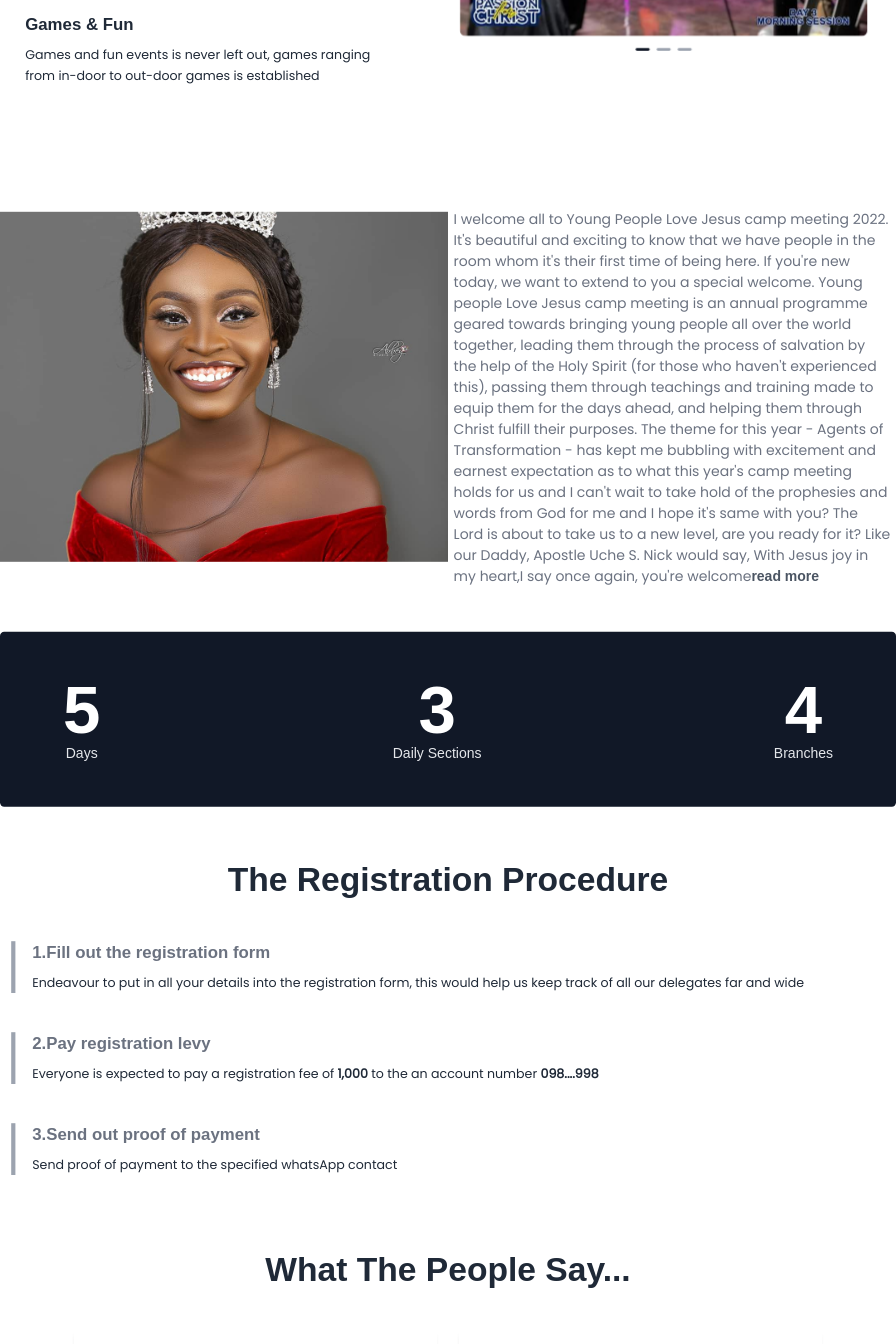
Repository: Ifenna-Pascal/user-camp-onboarding
Page: /
These files come from the project's save history. The page is drawn as it stood at one moment and after the next save; the edit follows.
The browser window is 1280 px wide. The pictures show the part of the page from y = 1892 to 3812 px (the page is 4332 px tall before and 4228 px after), at 70% of full size.
Some web fonts or font styles are not loaded; a fallback is used. The project was rebuilt for these pictures with package versions that can differ from the ones it lists, and the page was loaded fresh each time. The framework's server and built-in components were replaced by stand-ins that run in the browser. Also part of the build but not shown: next.config.js, styles/Home.module.css.

Above is the page before, as saved 2022-11-26 11:19:57.

### pages/_app.js
import Mainlayout from "../components/layout";
import "../styles/globals.css";
import "remixicon/fonts/remixicon.css";

function MyApp({ Component, pageProps }) {
  return (
    <Mainlayout>
      <Component {...pageProps} />
    </Mainlayout>
  );
}

export default MyApp;

### components/layout/index.jsx
import React from "react";
import Footer from "./Footer";
import Nav from "./Nav";

function Mainlayout({ children }) {
  return (
    <div className="relative">
      <Nav />
      <main>{children}</main>
      <Footer />
    </div>
  );
}

export default Mainlayout;

### styles/globals.css
@import url('https://fonts.googleapis.com/css2?family=Poppins&family=Sono:wght@400;500&display=swap');
@import url('https://fonts.googleapis.com/css2?family=Montserrat&family=Source+Sans+Pro&display=swap');

* {
  padding: 0;
  margin: 0;
  box-sizing: border-box;
  scroll-behavior: smooth;
}

html,
body {
  padding: 0;
  margin: 0;
  font-family: -apple-system, BlinkMacSystemFont, Segoe UI, Roboto, Oxygen,
    Ubuntu, Cantarell, Fira Sans, Droid Sans, Helvetica Neue, sans-serif;
}

a {
  color: inherit;
  text-decoration: none;
}

* {
  box-sizing: border-box;
}

@media (prefers-color-scheme: dark) {
  html {
    color-scheme: dark;
  }
  body {
    color: white;
    background: black;
  }
}

@tailwind base;
@tailwind components;
@tailwind utilities;

### components/layout/Footer.jsx
import React from "react";

function Footer() {
  return (
    <div className="bg-gray-900 w-full h-[70px]  flex items-center justify-center">
      <p className="text-center flex items-center text-white font-sono text-xl">
        {" "}
        <span className="text-4xl mr-2">&copy;</span> YPLJ Camp Meeting 2022{" "}
      </p>
    </div>
  );
}

export default Footer;

### components/layout/Nav.jsx
import Link from "next/link";
import { useRouter } from "next/router";
import React, { useState } from "react";
import Button from "../general/Button";
import NavLink from "../general/NavLink";

function Nav() {
  const [show, setShow] = useState(false);
  const router = useRouter();
  const toggle = () => {
    setShow(!show);
  };
  return (
    <div className="lg:sticky  top-0 w-full shadow-sm mb-4 z-50 px-6 lg:px-0 bg-white">
      <nav className="w-full lg:py-6 py-5 flex items-center  lg:max-w-[1450px] lg:mx-auto justify-between">
        <Link href="/">
          {" "}
          <h1 className="font-sono text-2xl lg:text-4xl ">YEMs</h1>
        </Link>
        <ul className="lg:flex items-center hidden justify-between">
          <NavLink href="/#home" name="About Us" />
          <NavLink href="/#process" name="Process" />
          <NavLink href="/#reviews" name="Reviews" />
          <Link href="/register">
            <Button text="Register" />
          </Link>
        </ul>
        <button
          className='block md:hidden className="w-full px-2 py-1 rounded-lg text-AP-grey-200 hover:text-AP-blue-200 border-AP-grey-200 hover:border-AP-blue-400'
          onClick={toggle}
        >
          <i
            className={`${
              !show ? "ri-menu-3-fill duration-500" : "ri-close-line"
            } text-2xl text-gray-800`}
          />
        </button>
      </nav>
      <div
        className={`flex lg:hidden ${
          show
            ? "flex duration-500  flex-col items-center space-y-8 pt-2 "
            : "hidden"
        }`}
      >
        <NavLink href="/#home" name="About Us" />
        <NavLink href="/#process" name="Process" />
        <NavLink href="/#reviews" name="Reviews" />
        {router.pathname !== "/register" && (
          <Link href="/register">
            <Button text="Register" onClick={() => setShow(false)} />
          </Link>
        )}
      </div>
    </div>
  );
}

export default Nav;

### components/sections/Hero.jsx
import Link from "next/link";
import React from "react";
import Button from "../general/Button";
import HeroRight from "../general/HeroRight";

function Hero() {
  return (
    <div
      id="home"
      className="lg:h-[90vh] min-h-screen  grid grid-cols-1 lg:grid-cols-2"
    >
      <div className="w-full flex py-6 lg:py-0  lg:-mt-8 lg:items-start items-center flex-col justify-center h-full">
        <h1 className="text-3xl lg:text-6xl text-gray-800 text-center lg:text-left leading-[50px] lg:leading-[75px] font-semibold font-sono">
          Raising Agents Of Transformation
        </h1>

        <p className="text-lg lg:max-w-[600px] text-gray-700 py-2 text-center lg:text-left leading-[35px] lg:leading-[30px] font-poppins px-4 lg:px-0 lg:pr-[50px]">
          In the last days, says the Lord, I will pour out my spirit upon all
          flesh, and your <b>sons and daughters</b> shall prophesy, your old men
          shall dream dreams, shall see visions. <strong>Joel 2:28</strong>
        </p>
        <div className="mt-4">
          <Link href={"/register"}>
            {" "}
            <Button text={"Join Us"} />
          </Link>
        </div>
      </div>
      <div className="lg:p-4 w-[97%]   h-full mx-auto lg:w-full">
        {" "}
        <HeroRight />{" "}
      </div>
    </div>
  );
}

export default Hero;

### components/sections/Numerics.jsx
import React from "react";
import CountUp from "react-countup";
function Numerics() {
  return (
    <div className="bg-gray-900 rounded-md px-3 lg:px-0 flex lg:flex-row flex-col justify-center my-12 min-h-[600px] lg:min-h-[250px] w-full">
      <div className="lg:max-w-[1100px] flex lg:flex-row flex-col lg:items-center w-full justify-between mx-auto">
        <Numeric figure={5} text="Days" />
        <Numeric figure={3} text="Daily Sections" />
        <Numeric figure={4} text="Branches" />
      </div>
    </div>
  );
}

export default Numerics;

const Numeric = ({ figure, text }) => (
  <div className="flex flex-col cursor-pointer mb-12 lg:mb-0 items-center">
    <h1 className="text-white hover:scale-[1.3] hover:mb-2 duration-500 font-sono font-semibold text-8xl">
      <CountUp
        end={figure}
        duration={2.75}
        useEasing
        enableScrollSpy
        scrollSpyDelay={1}
      />
    </h1>
    <p className="text-center font-sono text-xl text-gray-200">{text}</p>
  </div>
);

### components/sections/Reviews.jsx
import React from "react";
import Header from "../general/Header";
import ReviewCarousel from "../general/ReviewCarousel";

function Reviews() {
  return (
    <div className="mb-24" id="reviews">
      <Header
        header={"What The People Say..."}
        // content="Lorem ipsum dolor sit amet consectetur adipisicing elit. Culpa saepe iusto nisi! Nostrum tempore consequatur rerum! Cumque sequi tenetur ea! Impedit delectus facere est cupiditate, voluptatibus adipisci ipsum consectetur beatae."
      />
      <ReviewCarousel />
    </div>
  );
}

export default Reviews;

### components/sections/Speech.jsx
/* eslint-disable @next/next/no-img-element */
import React, { useState } from "react";

function Speech() {
  const [show, setShow] = useState(false);
  let p = `  I welcome all to Young People Love Jesus camp meeting 2022. It's
    beautiful and exciting to know that we have people in the room whom
    it's their first time of being here. If you're new today, we want to
    extend to you a special welcome. Young people Love Jesus camp meeting
    is an annual programme geared towards bringing young people all over
    the world together, leading them through the process of salvation by
    the help of the Holy Spirit (for those who haven't experienced this),
    passing them through teachings and training made to equip them for the
    days ahead, and helping them through Christ fulfill their purposes.
    The theme for this year - Agents of Transformation - has kept me
    bubbling with excitement and earnest expectation as to what this
    year's camp meeting holds for us and I can't wait to take hold of the
    prophesies and words from God for me and I hope it's same with you?
    The Lord is about to take us to a new level, are you ready for it?
    Like our Daddy, Apostle Uche S. Nick would say, With Jesus joy in my
    heart,I say once again, you're welcome!`;
  let distance = show ? p.length - 1 : 464;
  return (
    <div className="grid grid-cols-1 lg:grid-cols-2 pt-12 items-center justify-center ">
      <div className="w-full -mt-8  h-[500px]">
        <img
          src="/assets/miss.jpg"
          alt="campFlyer"
          className="w-full h-full object-center object-cover"
        />
      </div>
      <div>
        <p className="text-left block text-xl  font-poppins  leading-[30px] text-gray-500 py-4 px-2">
          {show ? p.substring(0, 464) : p.substring(0, p.length - 1)}
          <span
            className="font-semibold cursor-pointer font-sono text-gray-600"
            onClick={() => setShow(true)}
          >
            read more
          </span>
        </p>
      </div>
    </div>
  );
}

export default Speech;

### components/sections/Steps.jsx
import React from "react";
import Header from "../general/Header";

const Payment = () => (
  <p>
    Everyone is expected to pay a registration fee of <strong>1,000</strong> to
    the an account number <strong>098....998</strong>
  </p>
);

function Steps() {
  return (
    <div className="flex items-start my-6 mx-4 flex-col">
      <Header header="The Registration Procedure " />
      <StepProcess
        header="1.Fill out the registration form"
        content="Endeavour to put in all your details into the registration form, this would help us keep track of all our delegates far and wide"
      />
      <StepProcess header="2.Pay registration levy" content=<Payment /> />
      <StepProcess
        header="3.Send out proof of payment"
        content={`Send proof of payment to the specified whatsApp contact `}
      />{" "}
    </div>
  );
}

export default Steps;

const StepProcess = ({ header, content }) => {
  return (
    <div
      className={`
        border-l-[6px] block pl-6
      mb-14 duration-500 border-gray-400 lg:pr-16`}
    >
      <h1
        className={`font-sono mb-3
          text-gray-500
        text-2xl block font-semibold`}
      >
        {header}
      </h1>
      <p
        className={`block text-lg font-poppins  leading-[30px]
           text-gray-800
        `}
      >
        {content}
      </p>
    </div>
  );
};

### components/general/Button.jsx
import React from "react";

function Button({ text, ...rest }) {
  return (
    <button
      className="bg-gray-800 px-12 py-3 hover:bg-white hover:text-black hover:border hover:border-black duration-500 hover:ease-in-out text-white font-sono text-xl"
      {...rest}
    >
      {text}
    </button>
  );
}

export default Button;

### components/general/NavLink.jsx
import Link from "next/link";
import React from "react";

function NavLink({ href, name }) {
  return (
    <Link href={href}>
      <span className="text-black px-4 text-xl font-sono mr-6 font-500">
        {name}
      </span>
    </Link>
  );
}

export default NavLink;

### components/general/HeroRight.jsx
/* eslint-disable @next/next/no-img-element */
import React from "react";

function HeroRight() {
  return (
    <div className="grid grid-cols-3 lg:px-8   mt-8 lg:my-0 pr-0  max-h-[700px] w-full gap-2 grid-rows-6">
      <div class="w-full row-start-1 row-span-3">
        <img
          src="/assets/camping20.jpg"
          alt="Photo by Claudio Schwarz on Unsplash"
          class="inset-0 h-full w-full object-cover object-center  rounded-lg  "
        />
      </div>
      <div class="w-full row-start-4  col-span-1 col-start-1 row-end-6">
        <img
          src="/assets/camp5.jpg"
          alt="Photo by Claudio Schwarz on Unsplash"
          class="inset-0 h-full w-full object-cover object-center  rounded-lg  "
        />
      </div>
      {/* <div className="grid  gap-y-4 h-full w-full h-full row-span-5  col-span-1"> */}
      <div className="row-start-1  w-full row-span-1 col-start-2 col-span-1">
        {/* <ImageBox color="bg-red-400" /> */}
        <img
          src="/assets/camp6.jpg"
          alt="Photo by Claudio Schwarz on Unsplash"
          class="inset-0 h-full w-full object-cover object-center  rounded-lg  "
        />
      </div>
      <div className="row-start-2 row-span-3  w-full col-start-2 col-span-1">
        <img
          src="/assets/camp13.jpg"
          alt="Photo by Claudio Schwarz on Unsplash"
          class="inset-0 h-full w-full object-cover object-center  rounded-lg  "
        />
      </div>
      <div className="row-start-5  w-full  row-span-1 col-start-2 col-span-1">
        <img
          src="/assets/camp3.jpg"
          alt="Photo by Claudio Schwarz on Unsplash"
          class="inset-0 h-full w-full object-cover object-center  rounded-lg  "
        />
      </div>
      <div className="col-start-3  row-span-2">
        <img
          src={"/assets/camp11.jpg"}
          alt="Photo by Claudio Schwarz on Unsplash"
          class="inset-0 h-full w-full object-cover object-center bg-center  rounded-lg  "
        />
      </div>
      <div className="col-start-3  row-start-3 row-span-3">
        <img
          src={"/assets/camp10.jpg"}
          alt="Photo by Claudio Schwarz on Unsplash"
          class="inset-0 h-full w-full object-cover object-center bg-center  rounded-lg  "
        />
      </div>
    </div>
  );
}

export default HeroRight;

const ImageBox = ({ color }) => {
  return (
    <div className={`w-full h-full bg-red  rounded-lg-lg ${color}`}>
      <img
        src="https://images.unsplash.com/photo-1539183204366-63a0589187ab?ixlib=rb-4.0.3&ixid=MnwxMjA3fDB8MHxzZWFyY2h8MTh8fGNhbXBpbmd8ZW58MHx8MHx8&auto=format&fit=crop&w=600&q=60"
        alt="image"
        className=" rounded-lg-lg"
      />
    </div>
  );
};

### components/general/Carousel.jsx
/* eslint-disable jsx-a11y/alt-text */
/* eslint-disable @next/next/no-img-element */
import Slider from "react-slick";
import "slick-carousel/slick/slick.css";
import "slick-carousel/slick/slick-theme.css";
import useSetting from "../hooks/useSetting";

const Carousel = ({ setCurrent, current }) => {
  const { settings } = useSetting(current, setCurrent);
  const images = ["/assets/camp7.jpg", "/assets/camp4.jpg", "/assets/camp.jpg"];
  return (
    <div>
      <Slider {...settings}>
        {images.map((image, i) => (
          <div key={i} className={` h-full w-full`}>
            <img
              src={image}
              className={`object-cover  object-center rounded-lg w-full  h-[50%] `}
            />
          </div>
        ))}
      </Slider>
    </div>
  );
};

export default Carousel;

### components/general/Header.jsx
import React from "react";

function Header({ header, content }) {
  return (
    <div className="flex flex-col px-2 lg:px-0 lg:max-w-[1000px] mx-auto items-center justify-center py-6 lg:py-8">
      <h1 className="text-gray-800 text-center lg:text-left text-2xl lg:text-5xl font-semibold font-sono block ">
        {header}
      </h1>
      <p className="block text-base  lg:text-lg text-center font-poppins text-gray-800 leading-[30px] py-2 lg:py-4">
        {content}
      </p>
    </div>
  );
}

export default Header;

### components/general/ReviewCarousel.jsx
/* eslint-disable jsx-a11y/alt-text */
/* eslint-disable @next/next/no-img-element */
import Slider from "react-slick";
import "slick-carousel/slick/slick.css";
import "slick-carousel/slick/slick-theme.css";
import { useState } from "react";
// import useDeviceSize from "../hooks/mediaHook";
import ReviewCard from "./ReviewCard";

const ReviewCarousel = () => {
  //   const [width] = useDeviceSize();
  const [current, setCurrent] = useState(false);
  const settings = {
    className: "center",
    autoplay: true,
    infinite: true,
    slidesToShow: 2,
    arrows: false,
    slideToScrool: 2,
    lazyLoad: true,
    focusOnSelect: true,
    draggable: true,
    dots: true,
    autoplaySpeed: 5000,
    speed: 2000,
    afterChange: (current) => setCurrent(current),
    customPaging: (i) => (
      <div
        className={`w-[25px]  mt-8 h-[4px] rounded-[10px] ${
          current === i ? "bg-black" : "bg-gray-300"
        }`}
      ></div>
    ),
    responsive: [
      {
        breakpoint: 450,
        settings: {
          autoplay: true,
          centerMode: false,
          //   vertical: true,
          infinite: true,
          //   centerPadding: "60px",
          slidesToShow: 1,
          slideToScroll: 1,
          arrows: false,
          draggable: true,
          dots: true,
          autoplaySped: 1000,
          speed: 500,
          beforeChange: (current) => setCurrent(current),
          customPaging: (i) => (
            <div
              className={`w-[20px]  mt-4 h-[4px] rounded-[10px] ${
                current === i ? "bg-gray-900" : "bg-gray-400"
              }`}
            ></div>
          ),
        },
      },
    ],
  };

  return (
    <div className="max-w-[1100px] mx-auto">
      <Slider {...settings}>
        <ReviewCard
          name="PSt Godswill"
          role="Enugu Branch"
          src={
            "https://images.unsplash.com/photo-1506794778202-cad84cf45f1d?ixlib=rb-4.0.3&ixid=MnwxMjA3fDB8MHxzZWFyY2h8M3x8bWVufGVufDB8fDB8fA%3D%3D&auto=format&fit=crop&w=600&q=60"
          }
        />
        <ReviewCard
          name={"Chidera Ede"}
          role="Lagos Branch"
          src="https://images.unsplash.com/photo-1595152452543-e5fc28ebc2b8?ixlib=rb-4.0.3&ixid=MnwxMjA3fDB8MHxzZWFyY2h8Mnx8bWVuJTIwcG9ydHJhaXR8ZW58MHx8MHx8&auto=format&fit=crop&w=600&q=60"
        />
        <ReviewCard
          name="PSt Godswill"
          role="Enugu Branch"
          src="https://images.unsplash.com/photo-1560250097-0b93528c311a?ixlib=rb-4.0.3&ixid=MnwxMjA3fDB8MHxwaG90by1wYWdlfHx8fGVufDB8fHx8&auto=format&fit=crop&w=387&q=80"
        />
        <ReviewCard
          name={"Chidera Ede"}
          role="Lagos Branch"
          src={
            "https://images.unsplash.com/photo-1624395213043-fa2e123b2656?ixlib=rb-4.0.3&ixid=MnwxMjA3fDB8MHxzZWFyY2h8OXx8bWVuJTIwcG9ydHJhaXR8ZW58MHx8MHx8&auto=format&fit=crop&w=600&q=60"
          }
        />
      </Slider>
    </div>
  );
};

export default ReviewCarousel;

### components/hooks/useSetting.jsx
import React from "react";

function useSetting(current, setCurrent) {
  const settings = {
    className: "center",
    autoplay: true,
    // centerMode: true,
    infinite: true,
    // centerPadding: "60px",
    slidesToShow: 1,
    arrows: false,
    slideToScrool: 1,
    lazyLoad: true,
    vertical: true,
    focusOnSelect: true,
    draggable: true,
    dots: true,
    autoplaySpeed: 5000,
    speed: 2000,
    beforeChange: (current) => setCurrent(current),
    customPaging: (i) => (
      <div
        className={`w-[20px]  mt-4 h-[4px] rounded-[10px] ${
          current === i ? "bg-gray-900" : "bg-gray-400"
        }`}
      ></div>
    ),
    responsive: [
      {
        breakpoint: 450,
        settings: {
          autoplay: true,
          centerMode: false,
          vertical: true,
          infinite: true,
          slidesToShow: 1,
          slideToScroll: 1,
          arrows: false,
          draggable: true,
          dots: true,
          autoplaySpeed: 5000,
          speed: 2000,
          beforeChange: (current) => setCurrent(current),
          customPaging: (i) => (
            <div
              className={`w-[20px]  mt-4 h-[4px] rounded-[10px] ${
                current === i ? "bg-gray-900" : "bg-gray-400"
              }`}
            ></div>
          ),
        },
      },
    ],
  };
  return { settings };
}

export default useSetting;

### components/general/ReviewCard.jsx
/* eslint-disable jsx-a11y/alt-text */
/* eslint-disable @next/next/no-img-element */
import React from "react";

function ReviewCard({ name, role, src }) {
  return (
    <div className="min-w-[300px] relative  mx-4 min-h-[300px] flex shadow-md">
      <div className="flex absolute top-2 left-2 py-2">
        <i className="ri-single-quotes-r text-5xl text-gray-300 font-semibold"></i>
        <i className="ri-single-quotes-r text-5xl -ml-5  text-gray-300 font-semibold"></i>
      </div>
      <div className="flex flex-col relative pt-16 pb-6 px-5">
        <p className="py-4 font-poppins text-basev text-gray-600">
          Lorem ipsum dolor sit amet, consectetur adipisicing elit. Rem
          laudantium perferendis voluptas ipsa ea corrupti iure nulla repellat
          soluta praesentium quae pariatur quaerat a eligendi, illo dicta!
          Veniam quas iusto ex laudantium error aut, quisquam beatae, doloribus,
          ipsa odit ducimus.
        </p>
        <div className="flex flex-col w-full">
          <div className="w-[60px] mt-3 h-[60px]">
            <img
              className="w-full rounded-[50%] object-center object-cover bg-center bg-cover h-full"
              src={src}
            />
          </div>
          <h1 className="font-sono pt-2 text-lg font-semibold">{name}</h1>
          <p className="text-base font-sono text-gray-600">{role}</p>
        </div>
      </div>
    </div>
  );
}

export default ReviewCard;

Loaded but not shown: pages/index.js (28 lines, source omitted); tailwind.config.js (18 lines, source omitted); components/sections/HowItWorks.jsx (123 lines, source omitted); components/sections/CountDown.jsx (94 lines, source omitted)

After the next save:
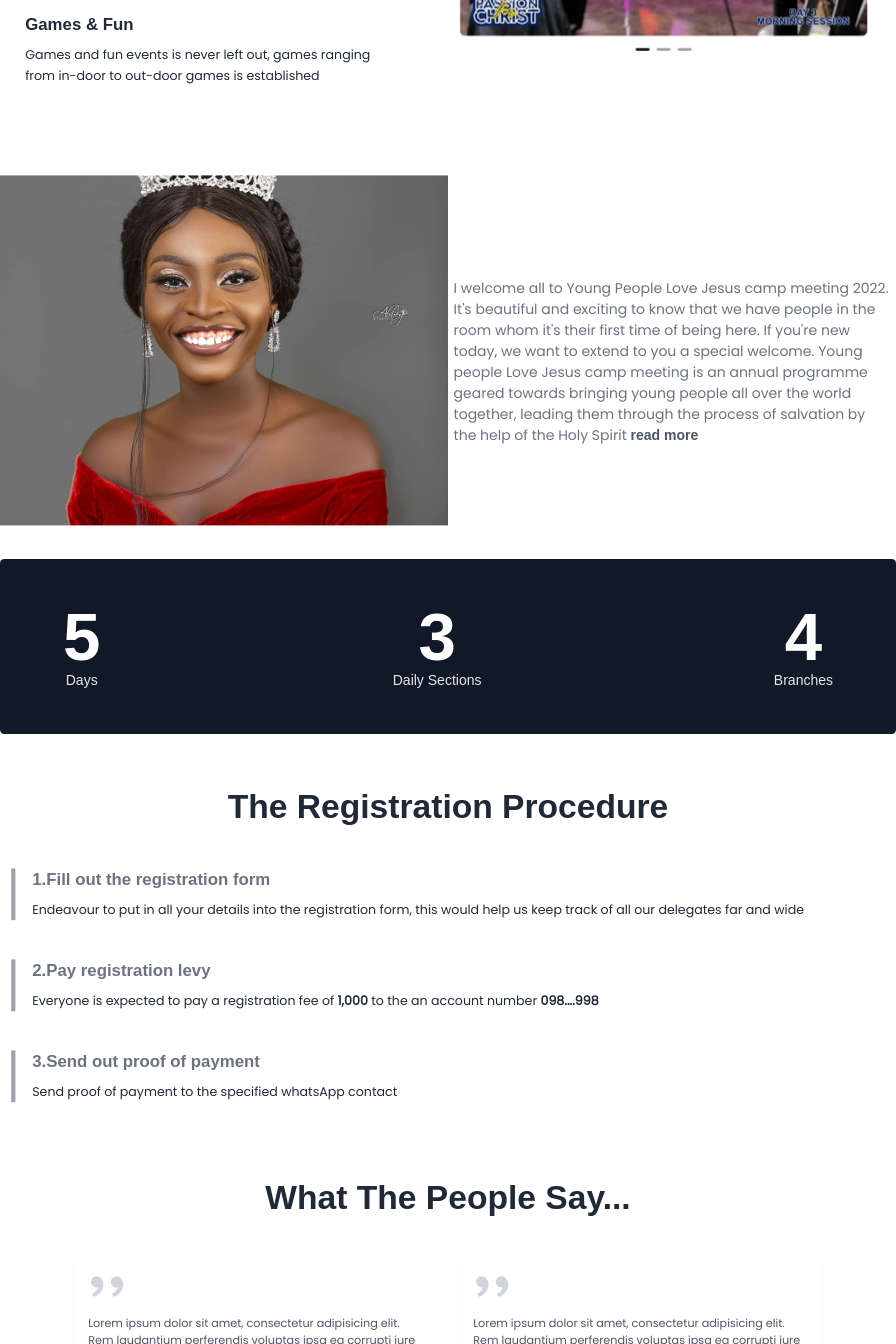
Saved 51 s later.
--- a/components/sections/Speech.jsx
+++ b/components/sections/Speech.jsx
@@ -31,7 +31,7 @@ function Speech() {
       </div>
       <div>
         <p className="text-left block text-xl  font-poppins  leading-[30px] text-gray-500 py-4 px-2">
-          {show ? p.substring(0, 464) : p.substring(0, p.length - 1)}
+          {p.substring(0, distance)}
           <span
             className="font-semibold cursor-pointer font-sono text-gray-600"
             onClick={() => setShow(true)}
